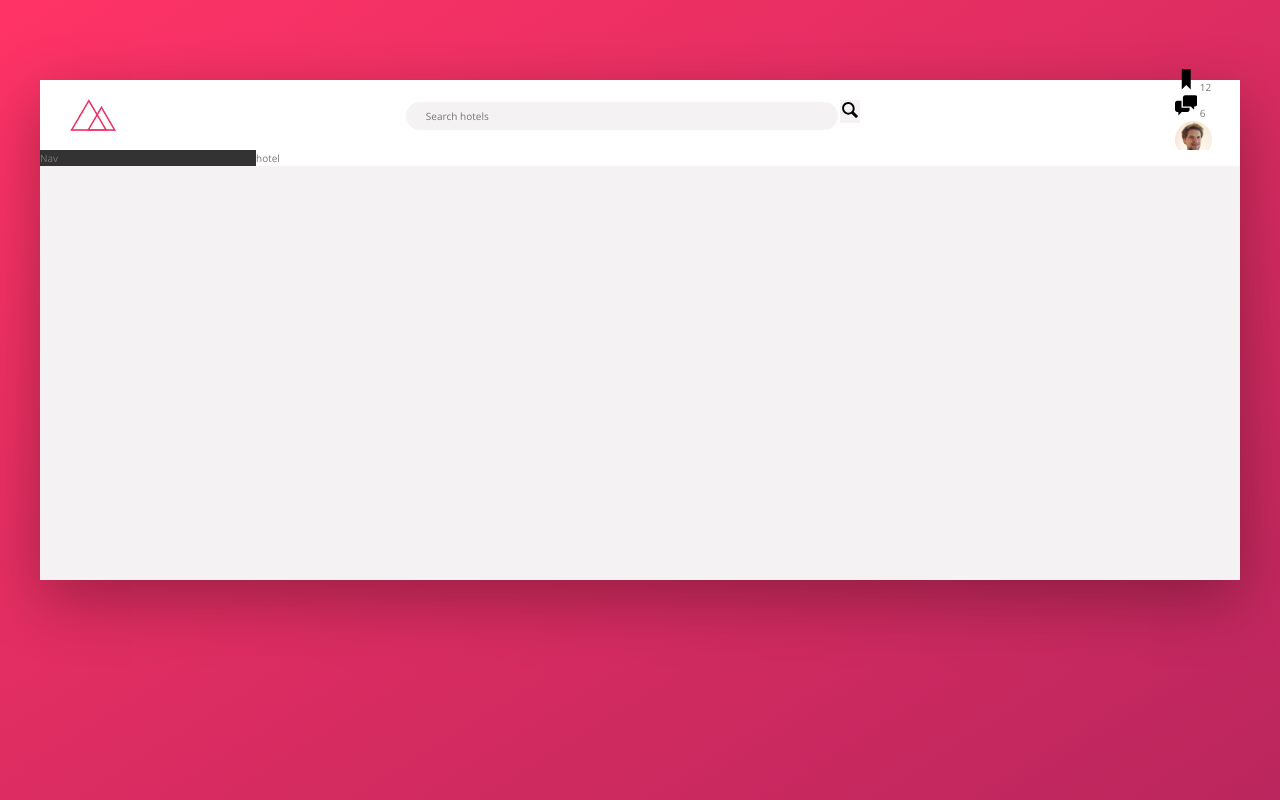
Repository: mohamediyas/flex_website
Page: index.html
An editor plug-in stored every save of this project. The page is shown before and after the next save, followed by the edit.
The browser window is 1280 px wide. The pictures show the whole page.
The style sheet was rebuilt from its Sass, Less or Tailwind sources for each picture, by a compiler version that may differ from the author's.

Above is the page before, as saved 2022-07-31 19:07:55.

After the next save:
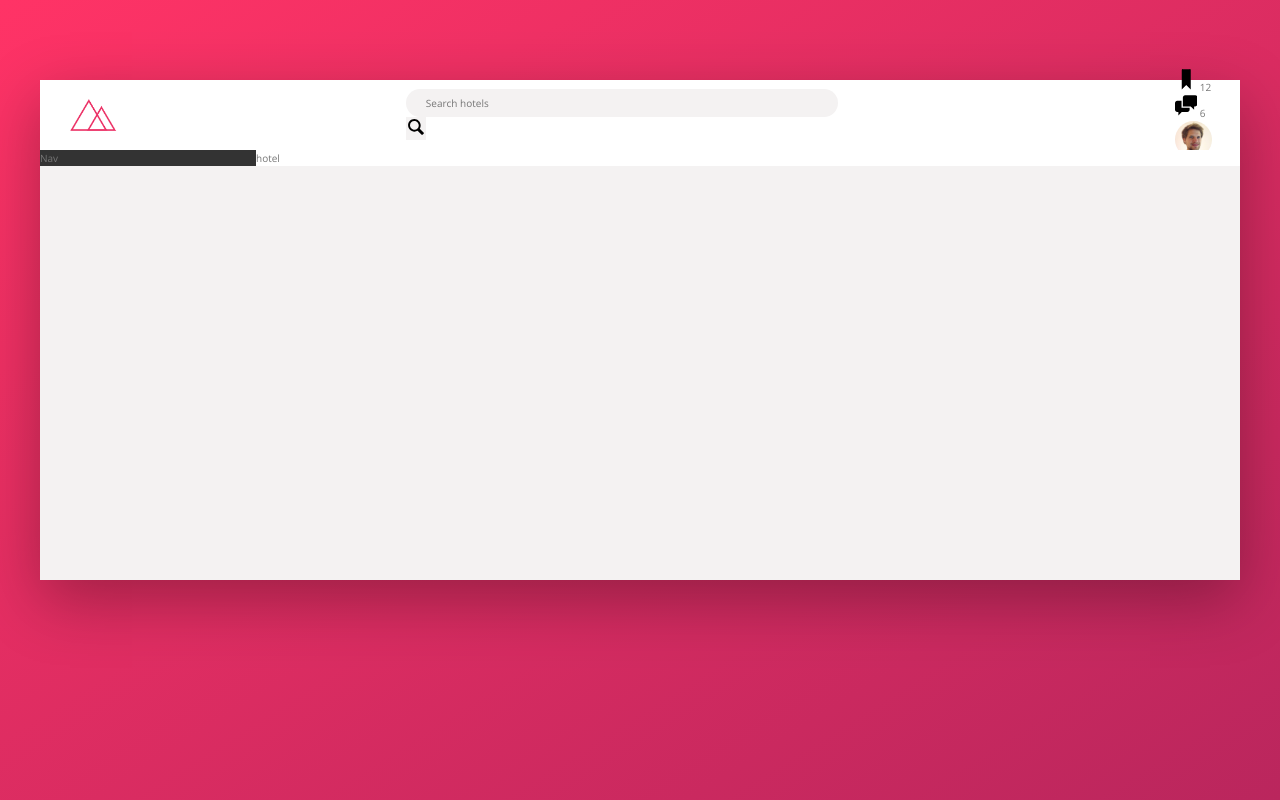
Saved 19 s later.
--- a/sass/_components.scss
+++ b/sass/_components.scss
@@ -16,7 +16,7 @@
     border-radius: 100px;
     width: 90%;
     transition: all 0.2s;
-    // margin-right: -3.5rem;
+    margin-right: 3.5rem;
     &:focus {
       outline: none;
       width: 100%;
